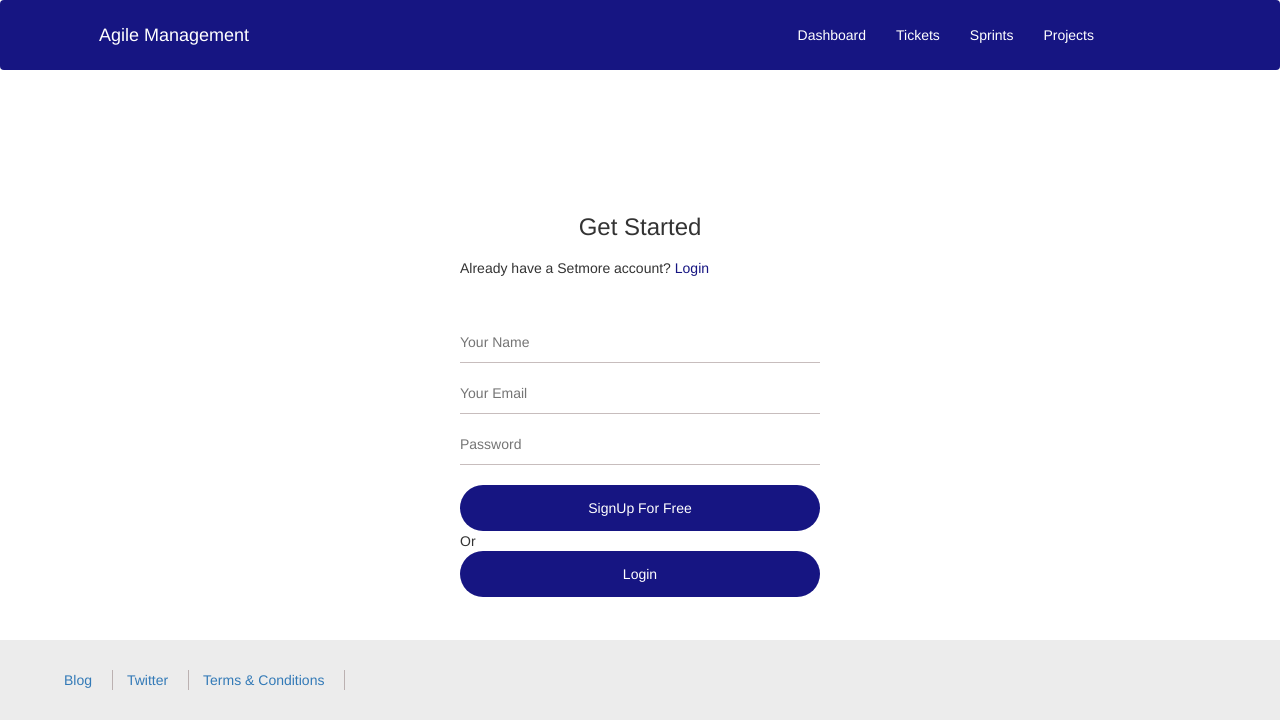
Repository: princexavier/agil
Page: http://localhost/Agile/
The author's editor kept a copy of each file at every save. The page is drawn from the files as they stood at one save, then again after the next save.
The browser window is 1280 px wide. The pictures show the whole page.
Some web libraries are served in a nearby version. The page is served by Tomcat 9.

Above is the page before, as saved 2018-01-19 05:03:40.

After the next save:
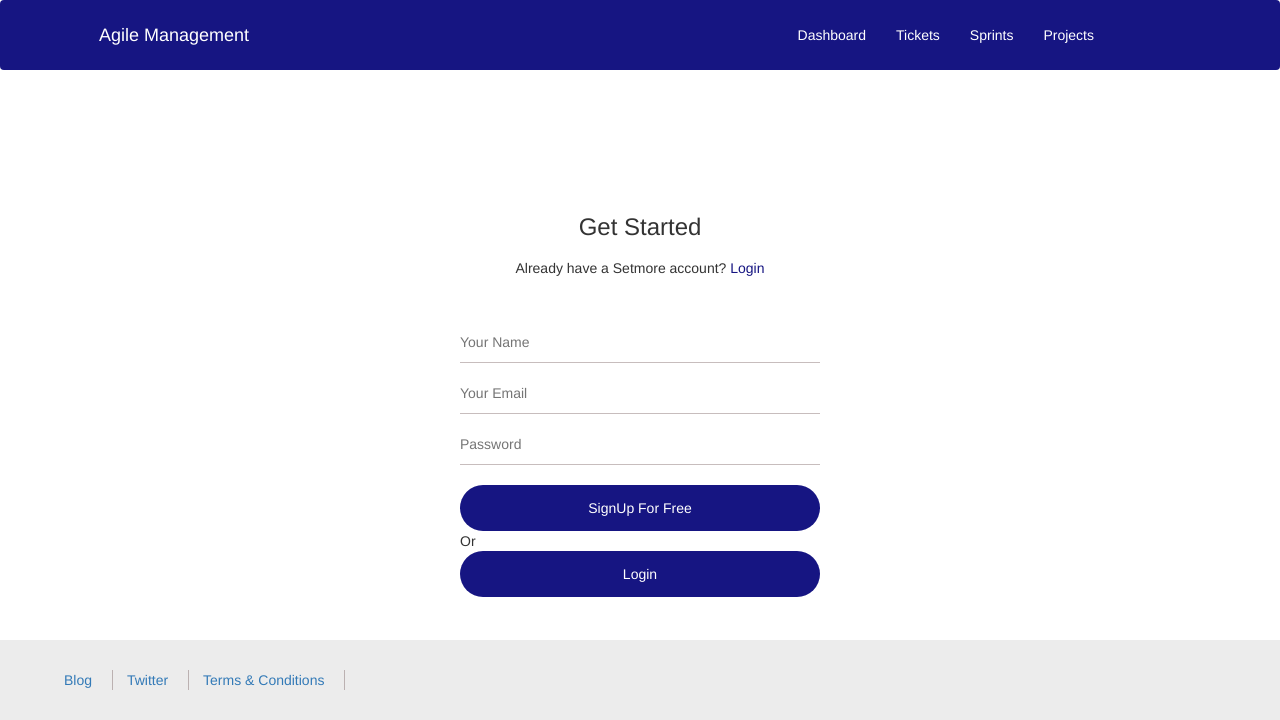
Saved 27 s later.
--- a/workspace/Agile/WebContent/index.jsp
+++ b/workspace/Agile/WebContent/index.jsp
@@ -38,7 +38,7 @@
     		<div class="col-md-4">
     			<form action=""class="reg-form">
     				<h3>Get Started</h3>
-    				<p style="margin-bottom: 15%;">Already have a Setmore account? <a style="color:#161582;">Login</a><p>
+    				<p style="margin-bottom: 15%;text-align:center;">Already have a Setmore account? <a style="color:#161582;">Login</a><p>
     				<input type="text" placeholder="Your Name">
     				<input type="text" placeholder="Your Email">
     				<input type="text" placeholder="Password">
